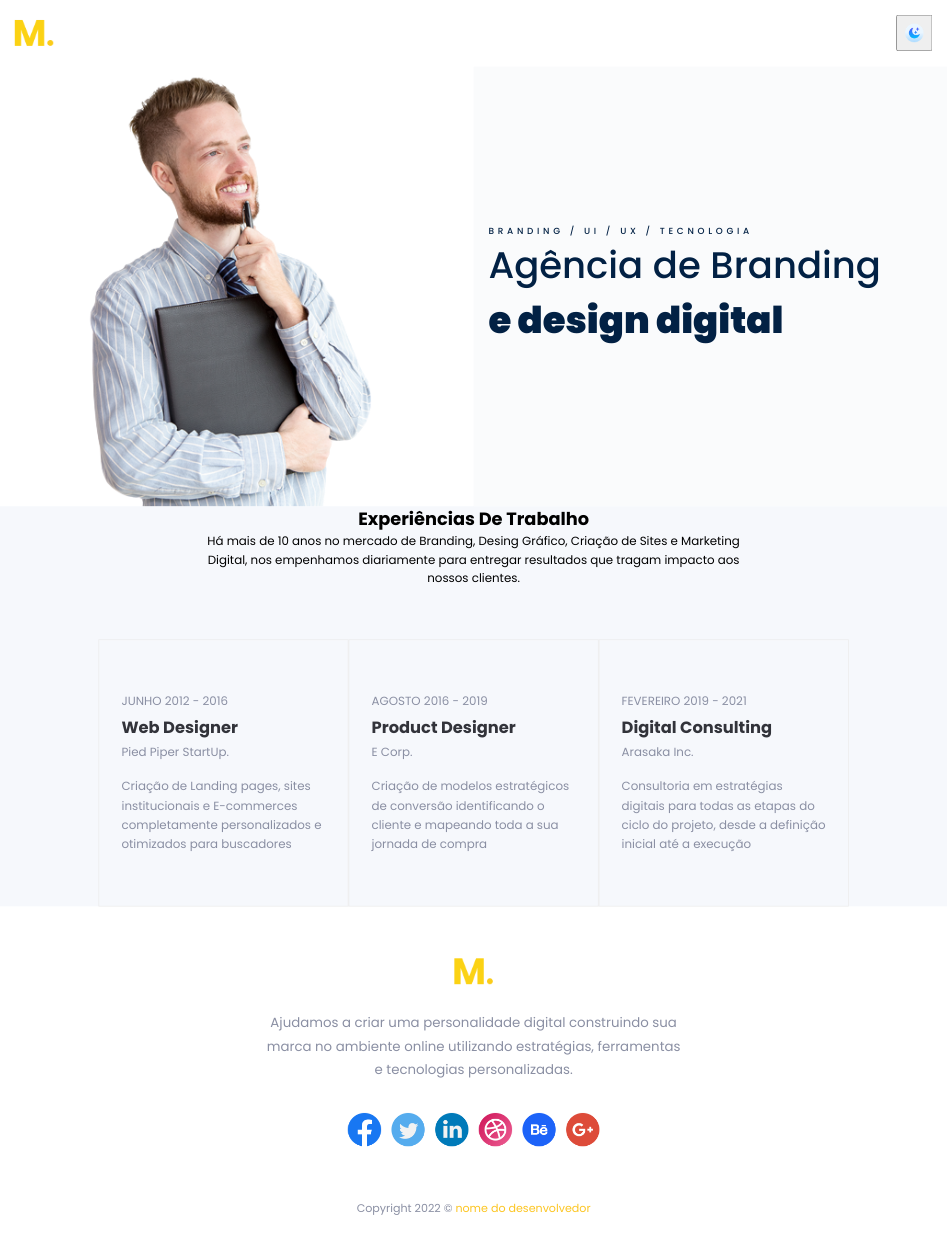
Repository: Daniells642/agencia-digital
Page: /
These files come from the project's save history. The page is drawn as it stood at one moment and after the next save; the edit follows.
The browser window is 1280 px wide. The pictures show the whole page, at 74% of full size.
The project was rebuilt for these pictures with package versions that can differ from the ones it lists, and the page was loaded fresh each time.

Above is the page before, as saved 2022-12-02 22:48:25.

After the next save:
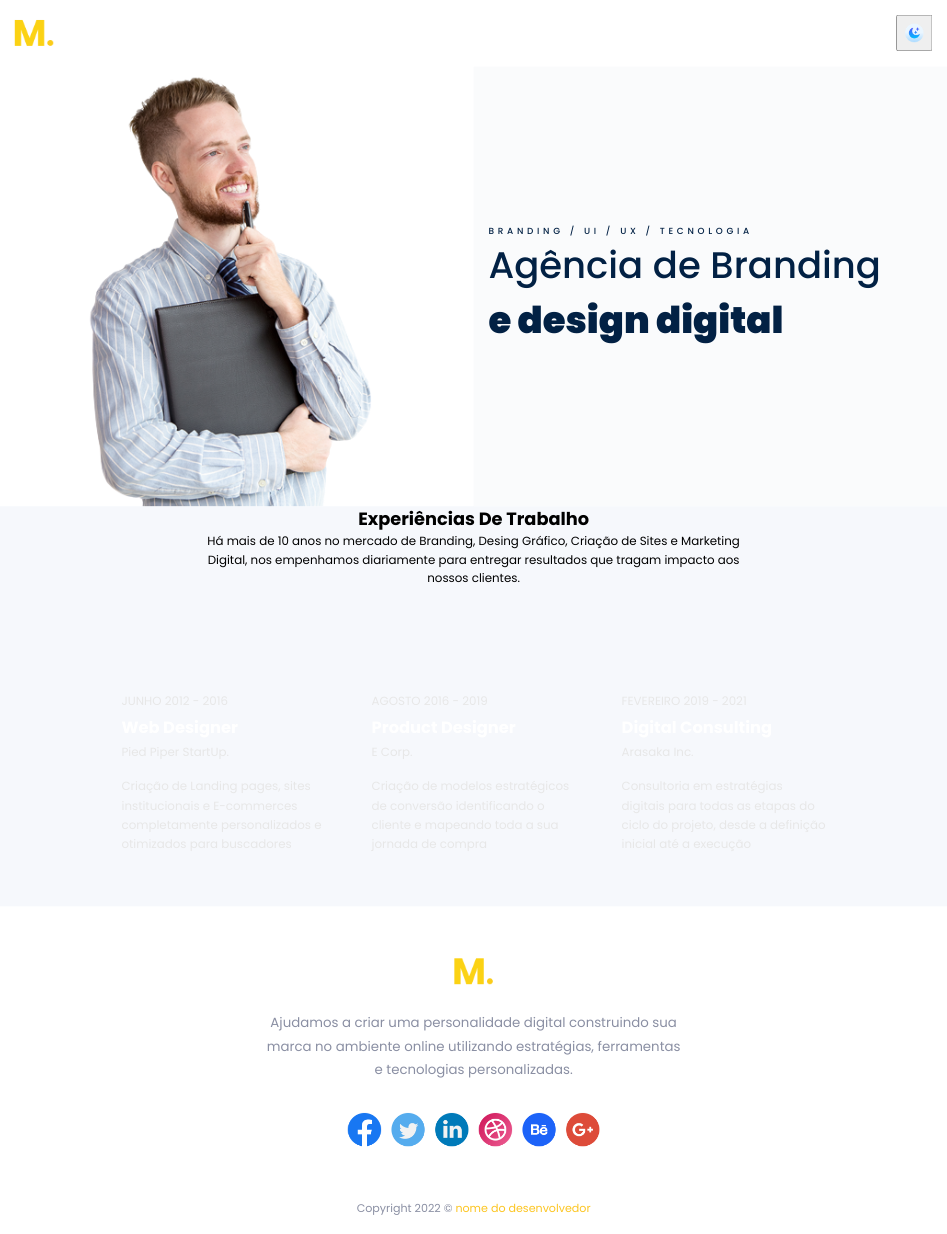
Saved 65 s later.
--- a/src/componentes/Card/index.jsx
+++ b/src/componentes/Card/index.jsx
@@ -2,7 +2,7 @@
 
 export default function Card(props) {
     return (
-      <div id="card" className={props.ehTemaEscuro ? 'card-modo-escuro' : 'card-modo-claro'}>
+      <div id="card" className={(props.ehTemaEscuro == props.ehTemaEscuro) ? 'card-modo-escuro' : 'card-modo-claro'}>
         <p className="primeiroParagrafo">{props.data}</p>
         <h4>{props.titulo}</h4>
         <p className="segundoParagrafo">{props.empresa}</p>

After the save that followed:
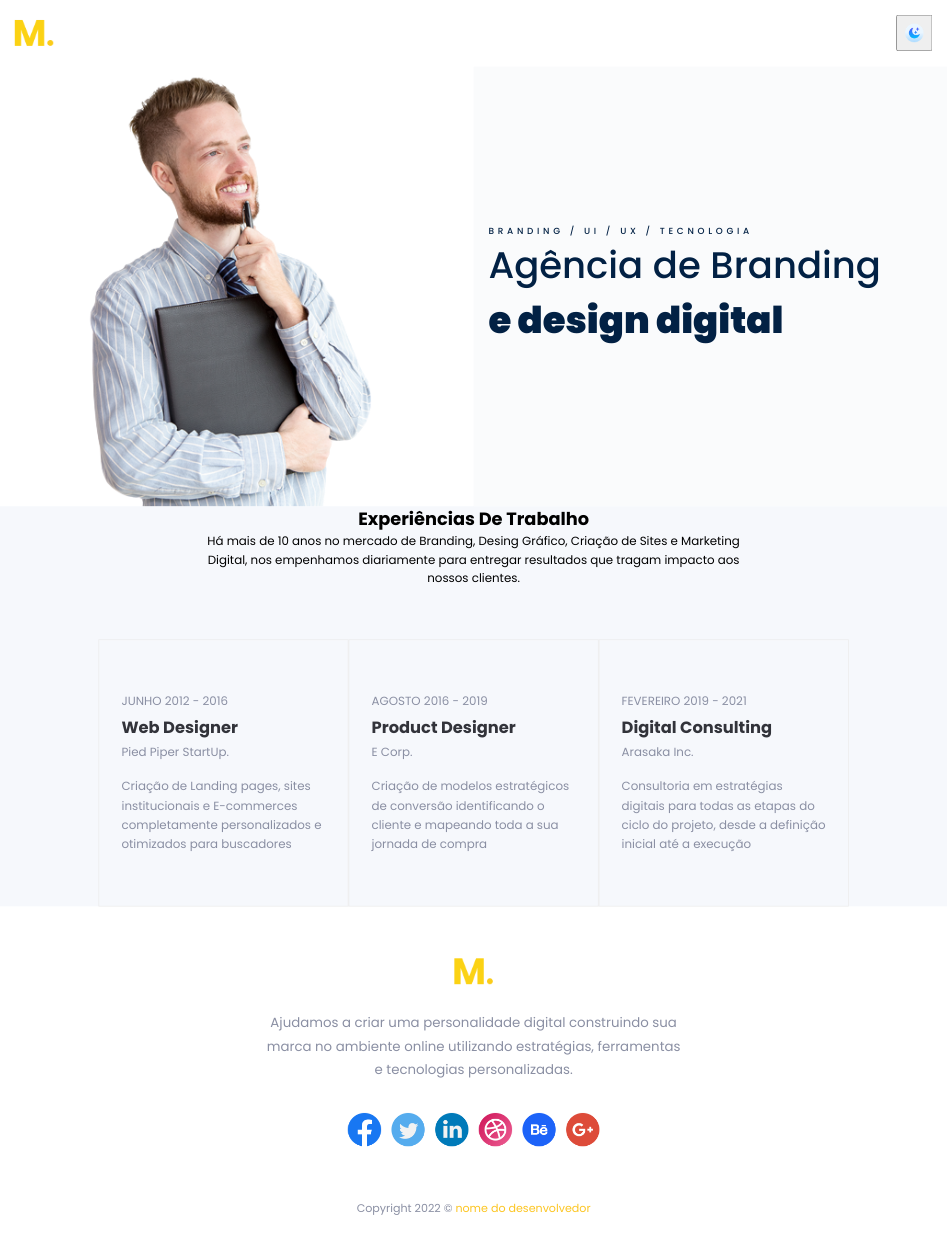
Saved 47 s later.
--- a/src/componentes/Card/index.jsx
+++ b/src/componentes/Card/index.jsx
@@ -2,7 +2,7 @@
 
 export default function Card(props) {
     return (
-      <div id="card" className={(props.ehTemaEscuro == props.ehTemaEscuro) ? 'card-modo-escuro' : 'card-modo-claro'}>
+      <div id="card" className={props.ehTemaEscuro ? 'card-modo-escuro' : 'card-modo-claro'}>
         <p className="primeiroParagrafo">{props.data}</p>
         <h4>{props.titulo}</h4>
         <p className="segundoParagrafo">{props.empresa}</p>
